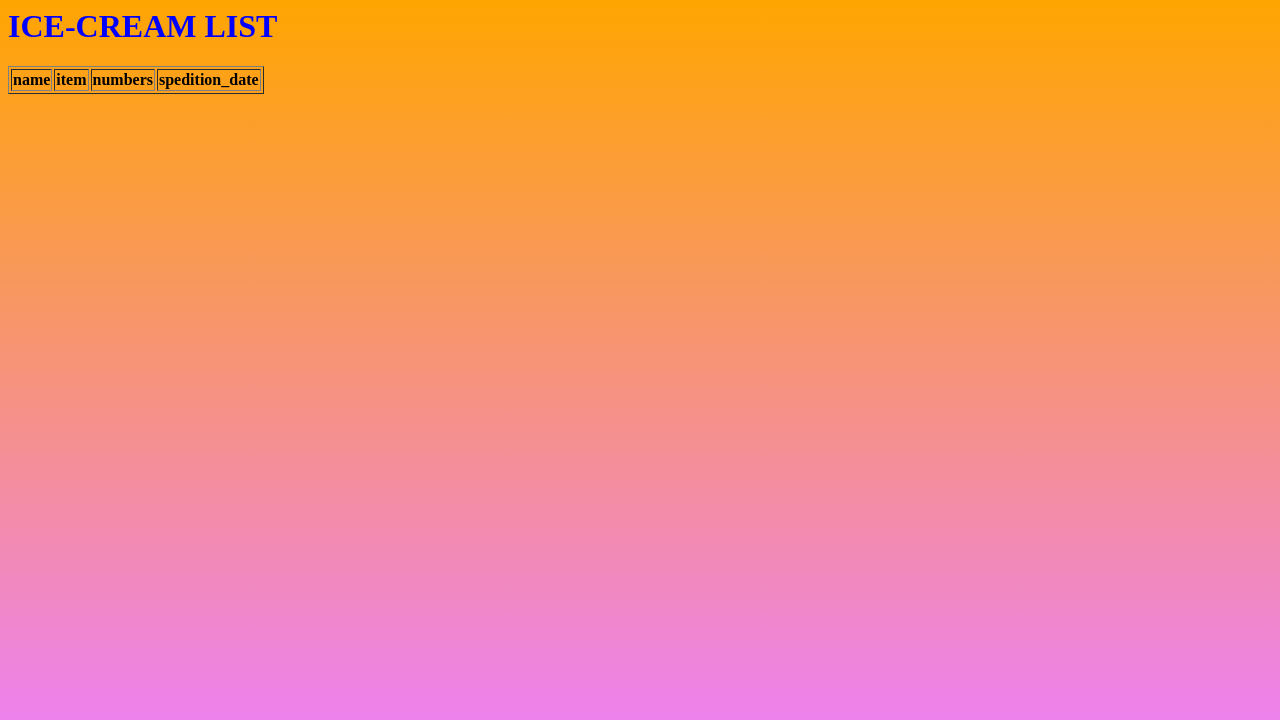
Repository: LauLupu/Progetto
Page: http://localhost/lista
The author's editor kept a copy of each file at every save. The page is drawn from the files as they stood at one save, then again after the next save.
The browser window is 1280 px wide. The pictures show the whole page.
The page is served by the project's Laravel application, run on PHP 8.4 with Laravel 8. Queries for data that is not in the repository find no rows.

Above is the page before, as saved 2021-08-05 18:43:20.

After the next save:
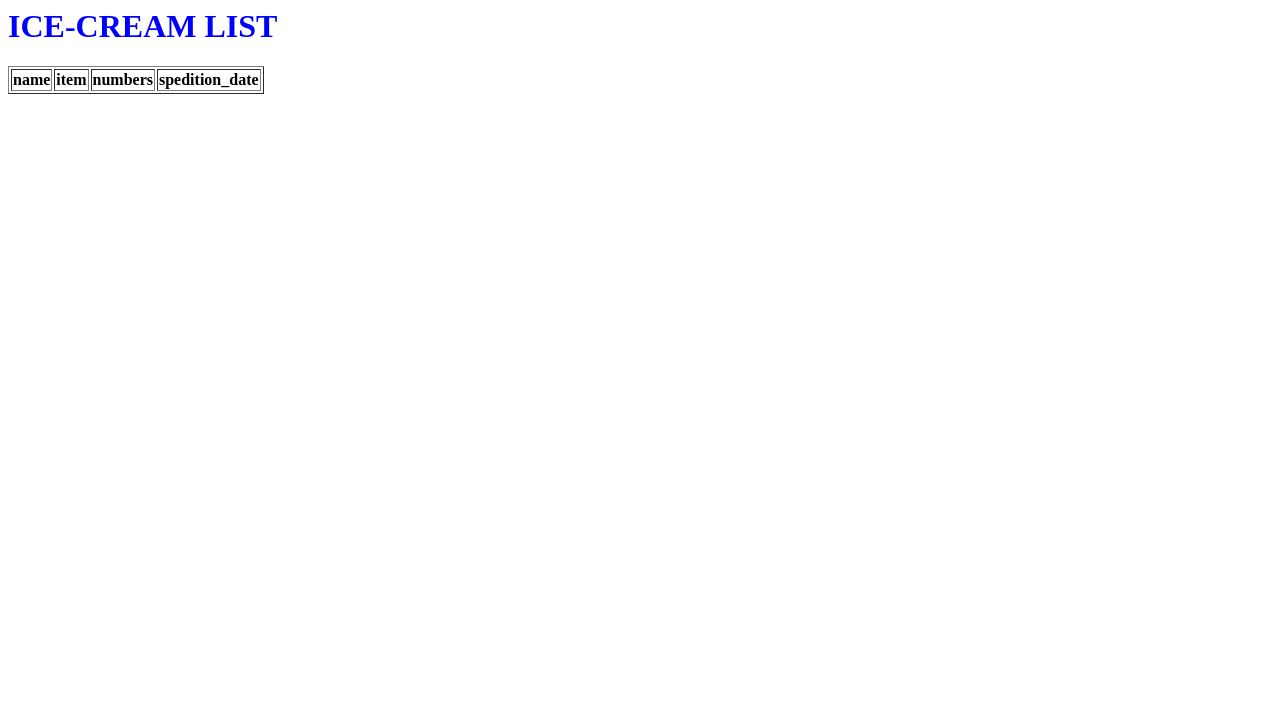
Saved 22 s later.
--- a/resources/views/list.blade.php
+++ b/resources/views/list.blade.php
@@ -19,7 +19,7 @@
 </table>
 <style>
     body {
-        background:linear-gradient(orange,violet);
+        background:linear-gradient(orange,violet,35deg);
         background-size: cover;
         }
 </style>

After the 2 saves that followed:
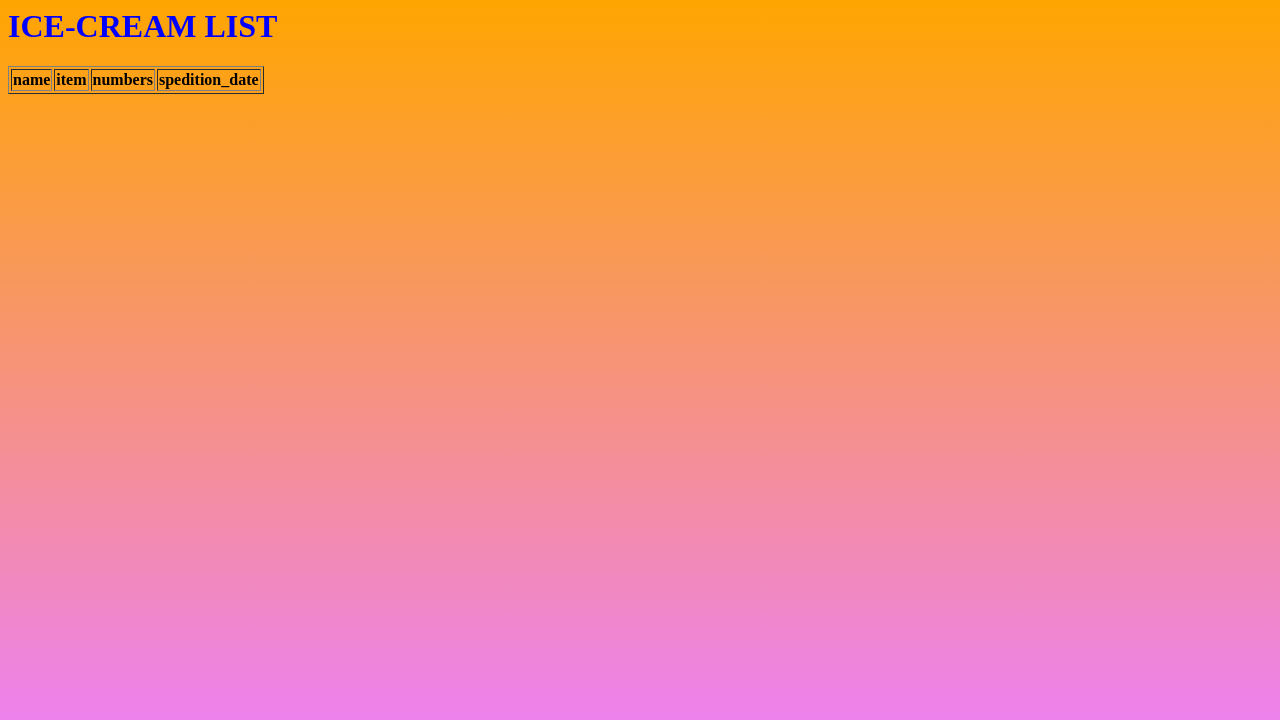
The 2 saves are shown as one change because they came seconds apart.
The last was saved 11 s later.
--- a/resources/views/list.blade.php
+++ b/resources/views/list.blade.php
@@ -19,7 +19,7 @@
 </table>
 <style>
     body {
-        background:linear-gradient(orange,violet,35deg);
+        background:linear-gradient(orange,violet);
         background-size: cover;
         }
 </style>
